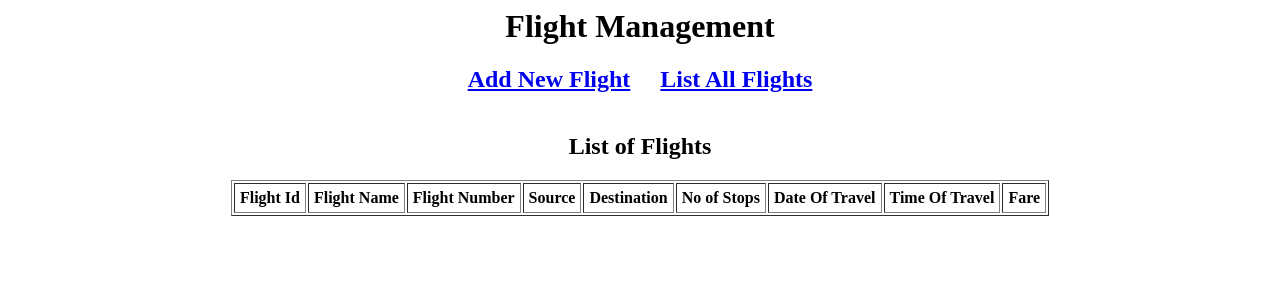
Repository: pawankas/Java_Mini_Project
Page: http://localhost/AirReservation/list
The author's editor kept a copy of each file at every save. The page is drawn from the files as they stood at one save, then again after the next save.
The browser window is 1280 px wide. The pictures show the whole page.
The page is served by Tomcat 9. Queries for data that is not in the repository find no rows.

Above is the page before, as saved 2022-03-16 05:41:24.

After the next save:
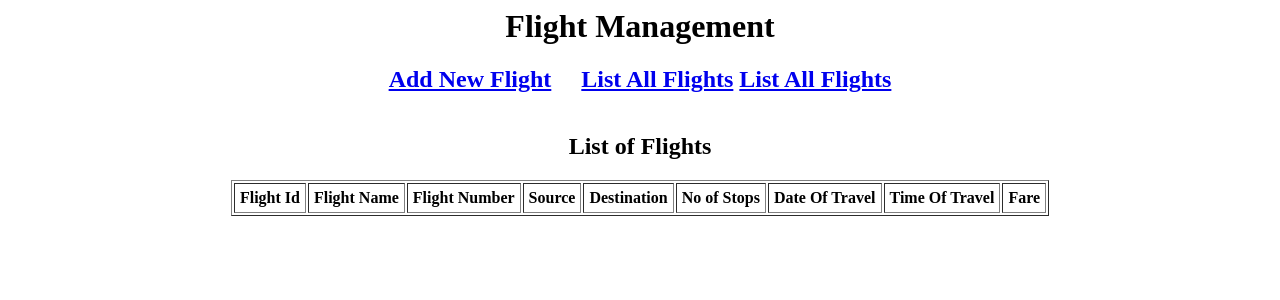
Saved 2 min 36 s later.
--- a/Mini_Project_Java/AirReservation/WebContent/FlightList.jsp
+++ b/Mini_Project_Java/AirReservation/WebContent/FlightList.jsp
@@ -11,6 +11,7 @@
         <h2>
             <a href="new">Add New Flight</a>
             &nbsp;&nbsp;&nbsp;
+            <a href="list">List All Flights</a>
             <a href="list">List All Flights</a>
 
         </h2>
